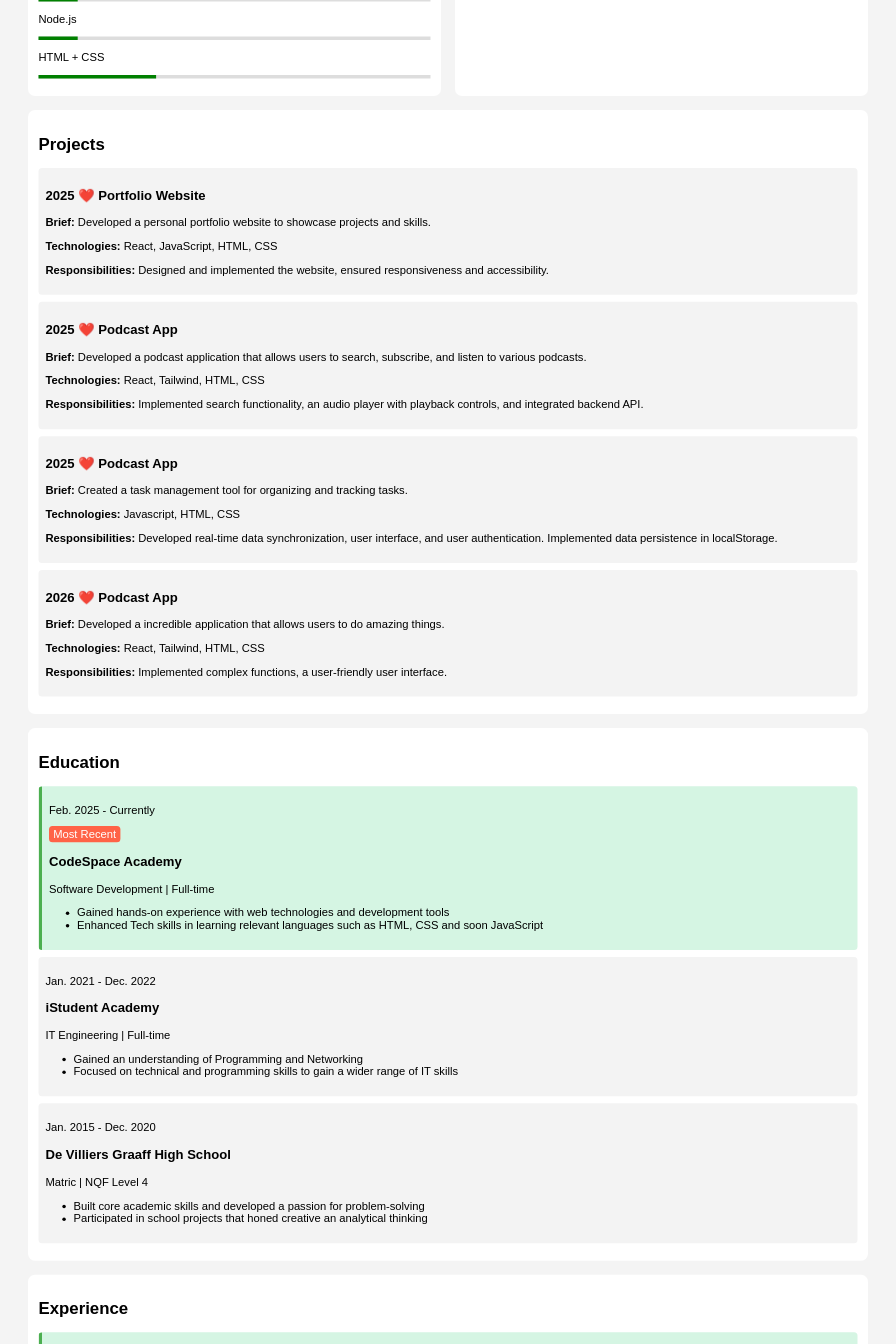
Repository: andajonas/ANDJON25111_fto2502_A2_AndaJonas_SDF_Portfolio_Piece
Page: index.html
The author's editor kept a copy of each file at every save. The page is drawn from the files as they stood at one save, then again after the next save.
The browser window is 1280 px wide. The pictures show the part of the page from y = 413 to 2333 px (the page is 3128 px tall), at 70% of full size.
A picture or video elsewhere on the page could not be fetched, so the positions and the page height are approximate.

Above is the page before, as saved 2025-04-03 18:25:46.

### index.html
<!DOCTYPE html>
<html lang="en">
<head>
    <meta charset="UTF-8">
    <meta name="viewport" content="width=device-width, initial-scale=1.0">
    <title>Developer Resume</title>
    <link rel="stylesheet" href="styles.css">
</head>
<body>

<div class="container">
    <!-- Profile Section -->
    <section class="profile">
        <img src="profile.jpg" alt="Profile Picture" class="profile-pic">
        <div class="profile-info">
            <h1>Anda Jonas</h1>
            <p>I am a beginner Software Developer passionate about building clean and responsive websites that are aesthetically pleasing as well as functional. I am always seeking to refine my skills and stay up to date with the latest trends.</p>
        </div>
    </section>

    <!-- Proficiency and Skills Section -->
    <section class="skills-container">
        <div class="proficiency">
            <h2>Proficiency</h2>
            <p><strong>Beginner Intermediate Advanced</strong></p>
            <p>JavaScript</p><div class="bar"><div class="progress" style="width: 10%;"></div></div>
            <p>React</p><div class="bar"><div class="progress" style="width: 10%;"></div></div>
            <p>Node.js</p><div class="bar"><div class="progress" style="width: 10%;"></div></div>
            <p>HTML + CSS</p><div class="bar"><div class="progress" style="width: 30%;"></div></div>
        </div>

        <div class="skills">
            <h2>Skills</h2>
            <div class="skill-tags">
                <span class="skill-item">Software Development</span>
                <span class="skill-item">Agile</span>
                <span class="skill-item">UI Design</span>
                <span class="skill-item">Problem Solving</span>
                <span class="skill-item">Git And Version Control</span>
                <span class="skill-item">Web Development</span>
                <span class="skill-item">Team Collaboration</span>
                <span class="skill-item">Functional Programming</span>
                <span class="skill-item">RESTful APIs</span>
            </div>
        </div>
    </section>

    <!-- Projects Section -->
    <section class="projects">
        <h2>Projects</h2>
        <div class="project-card">
            <h3>2025 ❤️ Portfolio Website</h3>
            <p><strong>Brief:</strong> Developed a personal portfolio website to showcase projects and skills.</p>
            <p><strong>Technologies:</strong> React, JavaScript, HTML, CSS</p>
            <p><strong>Responsibilities:</strong> Designed and implemented the website, ensured responsiveness and accessibility.</p>
        </div>

        <div class="project-card">
            <h3>2025 ❤️ Podcast App</h3>
            <p><strong>Brief:</strong> Developed a podcast application that allows users to search, subscribe, and listen to various podcasts.</p>
            <p><strong>Technologies:</strong> React, Tailwind, HTML, CSS</p>
            <p><strong>Responsibilities:</strong> Implemented search functionality, an audio player with playback controls, and integrated backend API.</p>
        </div>

        <div class="project-card">
            <h3>2025 ❤️ Podcast App</h3>
            <p><strong>Brief:</strong> Created a task management tool for organizing and tracking tasks.</p>
            <p><strong>Technologies:</strong> Javascript, HTML, CSS</p>
            <p><strong>Responsibilities:</strong> Developed real-time data synchronization, user interface, and user authentication. Implemented data persistence in localStorage.</p>
        </div>

        <div class="project-card">
            <h3>2026 ❤️ Podcast App</h3>
            <p><strong>Brief:</strong> Developed a incredible application that allows users to do amazing things.</p>
            <p><strong>Technologies:</strong> React, Tailwind, HTML, CSS</p>
            <p><strong>Responsibilities:</strong> Implemented complex functions, a user-friendly user interface.</p>
        </div>
    </section>

    <!-- Education Section -->
    <section class="education">
        <h2>Education</h2>
        <div class="education-card green">
            <div class="exp-header">
                <p class="date">Feb. 2025 - Currently</p>
                <span class="tag">Most Recent</span>
            </div>
            <h3>CodeSpace Academy</h3>
            <p class="company">Software Development | Full-time</p>
            <ul>
                <li>Gained hands-on experience with web technologies and development tools</li>
                 <li>Enhanced Tech skills in learning relevant languages such as HTML, CSS and soon JavaScript</li>
        </div>

        <div class="education-card">
            <p class="date">Jan. 2021 - Dec. 2022</p>
            <h3>iStudent Academy</h3>
            <p class="company">IT Engineering | Full-time</p>
            <ul>
                <li>Gained an understanding of Programming and Networking</li>
                <li>Focused on technical and programming skills to gain a wider range of IT skills</li>
            </ul>
        </div>
        <div class="education-card">
            <p class="date">Jan. 2015 - Dec. 2020</p>
            <h3>De Villiers Graaff High School</h3>
            <p class="company">Matric | NQF Level 4</p>
            <ul>
                <li>Built core academic skills and developed a passion for problem-solving</li>
                <li>Participated in school projects that honed creative an analytical thinking</li>
            </ul>
        </div>
    </section>

    <!-- Experience Section -->
    <section class="experience">
        <h2>Experience</h2>
        <div class="experience-card green">
            <div class="exp-header">
                <p class="date">Sep. 2024 - Jan 2025</p>
                <span class="tag">Most Recent</span>
            </div>
            <h3>Customer Service Representative</h3>
            <p class="company">Amazon | Full-time</p>
            <ul>
                <li>Support customers, drivers and Delivery Service Partners to ensure successful deliveries</li>
                <li>Prevent issues and solve customer queries through phone, email or chat.</li>
        </div>

        <div class="experience-card">
            <p class="date">Sept. 2023 - Jul. 2024</p>
            <h3>Quality Assesor</h3>
            <p class="company">Liberty | Full-time</p>
            <ul>
                <li>Enhance the customer experience journey by quality assessing call center interactions(calls), enable low risk and zero surprises BAU and producing reports</li>
                <li>Contribute towards continuous improvement initiatives to improve compliance, processes, systems and skills</li>
            </ul>
        </div>
        <div class="experience-card">
            <p class="date">Feb. 2023 - Sept. 2023</p>
            <h3>Sales Agent | Insurance</h3>
            <p class="company">Liberty | Full-time</p>
            <ul>
                <li>Conduct outbound calls in a professional manner, ensuring excellent and accurate client service</li>
                <li>Sell the company's Life Insurance and Services to potential customers</li>
            </ul>
        </div>
    </section>

    <!-- Contact Section -->
    <section class="contact">
        <p class="contact-text">Let's chat! I'm ready to work on exciting projects.</p>
        <p class="contact-links">
            <a href="mailto:andajonas63@gmail.com">andajonas63@gmail.com</a> |
            <a href="tel:+27655461522"> 065 546 1522</a> |
            <a href="https://www.linkedin.com/in/anda-jonas/" target="_blank" rel="noopener noreferrer">LinkedIn</a> |
            <a href="https://github.com/andajonas" target="_blank" rel="noopener noreferrer"> GitHub</a>
        </p>
    </section>
</div>

</body>
</html>

### styles.css
/* General Layout */
body {
    font-family: Arial, sans-serif;
    margin: 0;
    padding: 0;
    background: #f4f4f4;
}

.container {
    max-width: 1200px;
    margin: auto;
    display: flex;
    flex-direction: column;
    gap: 20px;
}

/* Profile Section */
.profile {
    display: flex;
    align-items: center;
    padding: 20px;
    background: white;
    border-radius: 10px;
}

.profile-pic {
    width: 144px;
    height: 144px;
    border-radius: 24px;
    object-fit: cover;
    margin-right: 20px;
}

/* Skills Section */
.skills-container {
    display: flex;
    gap: 20px;
}

.proficiency, .skills {
    background: white;
    padding: 15px;
    border-radius: 10px;
    width: 50%;
}

.bar {
    width: 100%;
    height: 5px;
    background: #ddd;
    margin-bottom: 10px;
}

.progress {
    height: 5px;
    background: green;
}

.skill-tags {
    display: flex;
    flex-wrap: wrap;
    gap: 10px;
}

.skill-item {
    background: #ecf4f1;
    padding: 8px 14px;
    border-radius: 6px;
    font-size: 14px;
    display: inline-block;
}

/* Projects Section */
.projects {
    background: white;
    padding: 15px;
    border-radius: 10px;
    display: grid;
}

.project-card {
    background: #f3f3f3;
    padding: 10px;
    border-radius: 5px;
    margin-bottom: 10px;
}

/* Education Section */
.education {
    background: white;
    padding: 15px;
    border-radius: 10px;
}

.education-card {
    background: #f3f3f3;
    padding: 10px;
    border-radius: 5px;
    margin-bottom: 10px;
}

/* Experience Section */
.experience {
    background: white;
    padding: 15px;
    border-radius: 10px;
}

.experience-card {
    background: #f3f3f3;
    padding: 10px;
    border-radius: 5px;
    margin-bottom: 10px;
}

.green {
    background: #d5f5e3;
    border-left: 5px solid #4caf50;
}

.tag {
    background: #ff6347;
    color: white;
    padding: 3px 6px;
    border-radius: 5px;
}

/* Contact Section */
.contact {
    background: #d35d36;
    color: white;
    text-align: center;
    padding: 15px;
    border-radius: 10px;
}

.contact-links a {
    color: white;
    font-weight: bold;
    text-decoration: none;
}

After the next save:
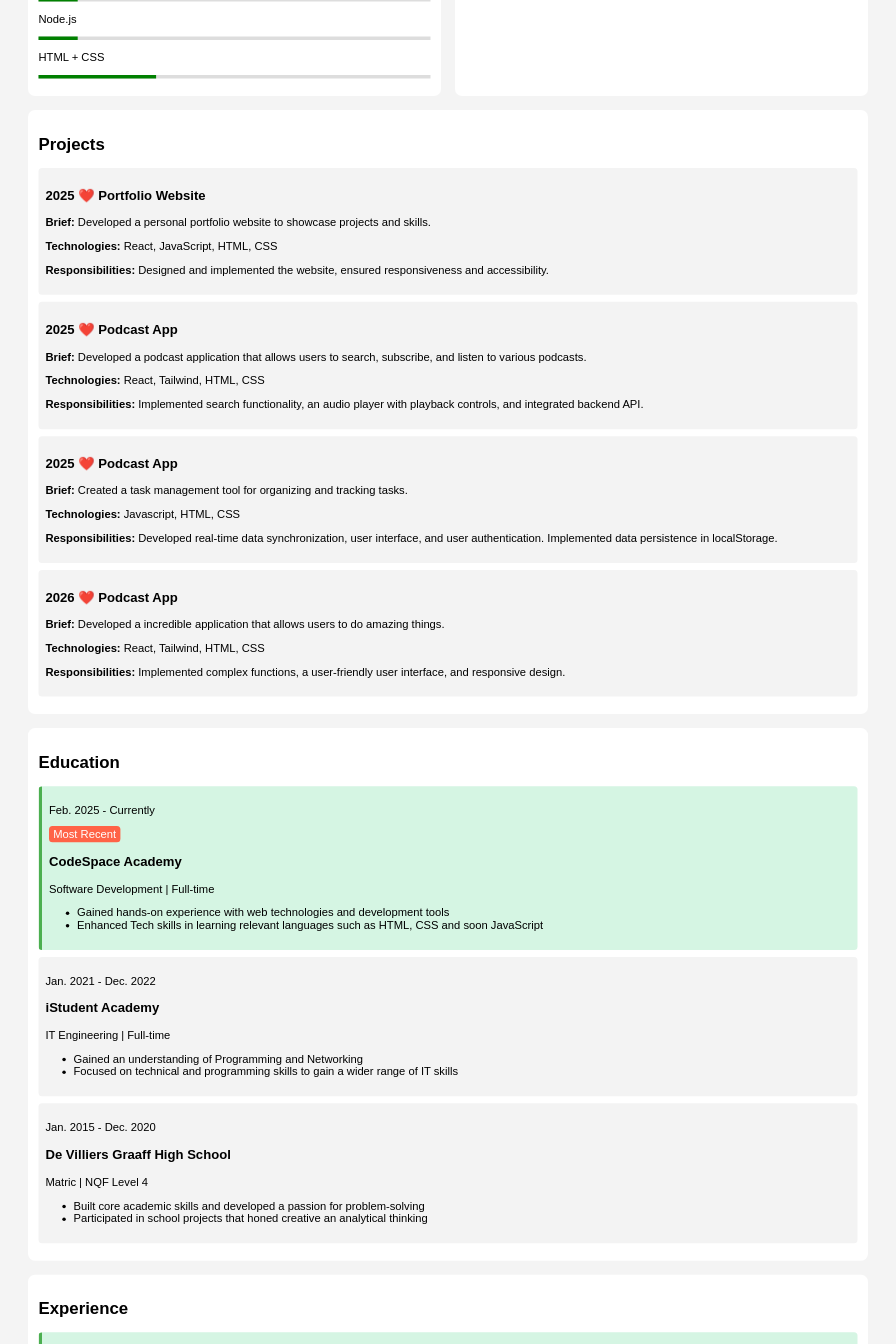
Saved 5 s later.
--- a/index.html
+++ b/index.html
@@ -73,7 +73,7 @@
             <h3>2026 ❤️ Podcast App</h3>
             <p><strong>Brief:</strong> Developed a incredible application that allows users to do amazing things.</p>
             <p><strong>Technologies:</strong> React, Tailwind, HTML, CSS</p>
-            <p><strong>Responsibilities:</strong> Implemented complex functions, a user-friendly user interface.</p>
+            <p><strong>Responsibilities:</strong> Implemented complex functions, a user-friendly user interface, and responsive design.</p>
         </div>
     </section>
 
